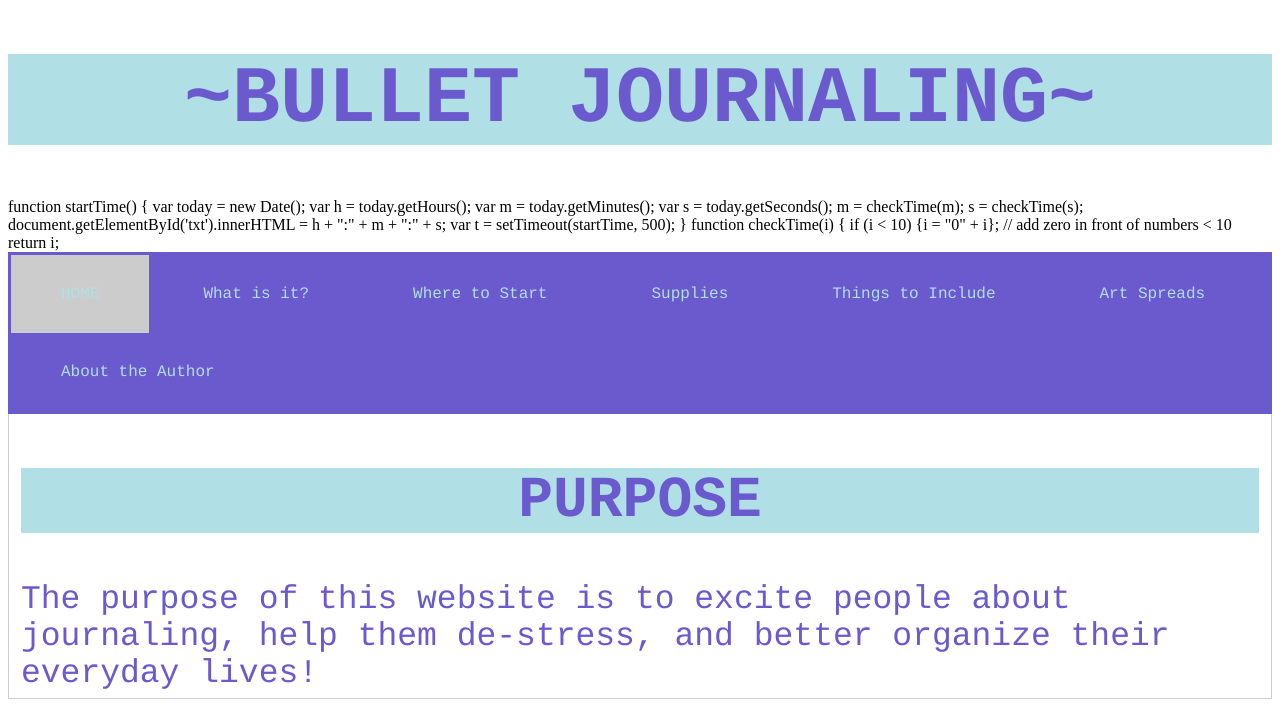
Repository: m-e-l-i-s-s-a/m-e-l-i-s-s-a.github.io
Page: journaling/index.html
The author's editor kept a record of every edit. The page is drawn from the files as they stood at one moment, then again after the next edit.
The browser window is 1280 px wide. The pictures show the whole page.

Above is the page before.

After the next edit:
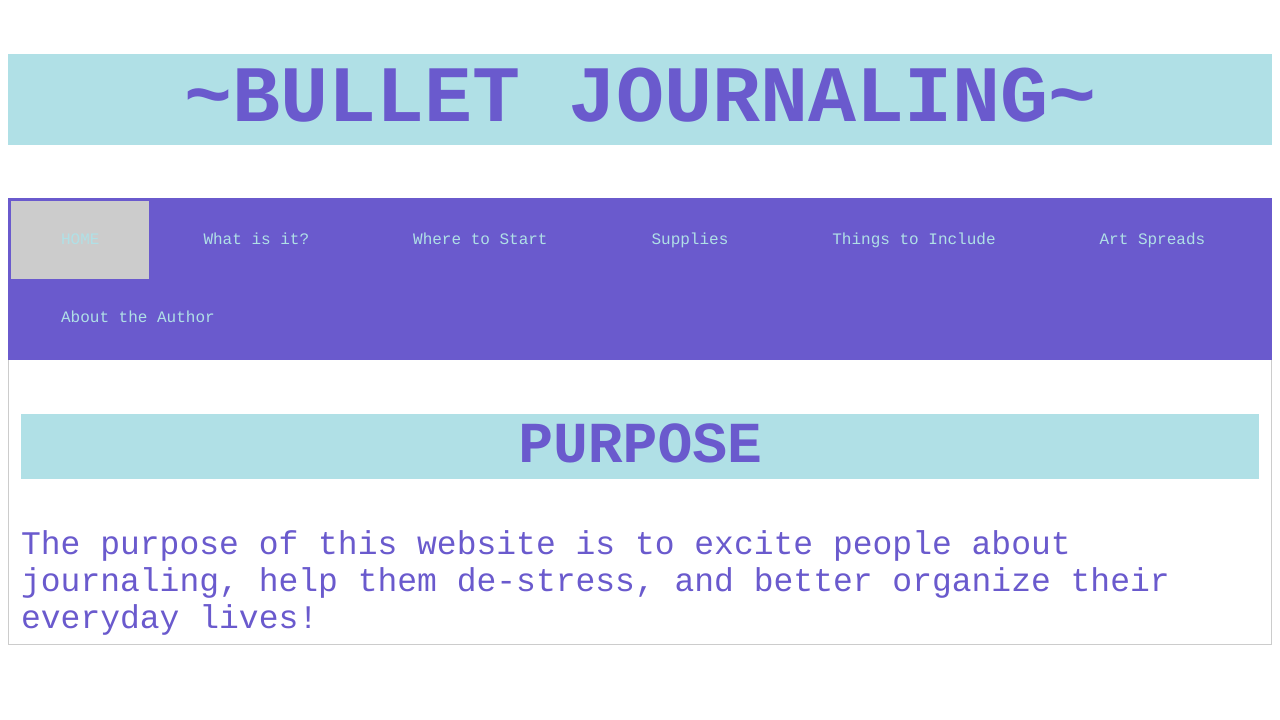
The edit:
--- a/journaling/index.html
+++ b/journaling/index.html
@@ -9,21 +9,6 @@
            <h1>
             ~BULLET JOURNALING~
           </h1>
-          function startTime() {
-          var today = new Date();
-          var h = today.getHours();
-          var m = today.getMinutes();
-          var s = today.getSeconds();
-          m = checkTime(m);
-          s = checkTime(s);
-          document.getElementById('txt').innerHTML =
-          h + ":" + m + ":" + s;
-          var t = setTimeout(startTime, 500);
-            }
-          function checkTime(i) {
-          if (i < 10) {i = "0" + i};  // add zero in front of numbers < 10
-            return i;
-          </p:o>
           <div class="tab">
           <button class="tablinks" onclick="openStep(event, 'HOME')"  id="defaultClose">HOME</button>
           <button class="tablinks" onclick="openStep(event, 'What is it?')">What is it?</button>
